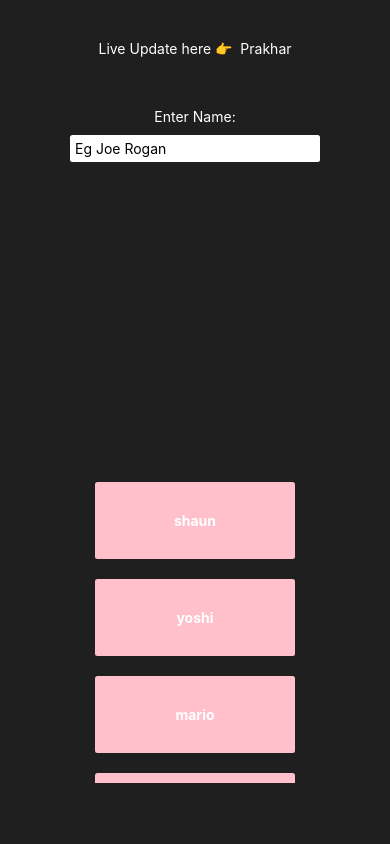
Repository: PrakharGupta36/TodoApp-React-Native
Screen: /
An editor plug-in stored every save of this project. The screen is shown before and after the next save, followed by the edit.
The app was drawn by React Native's web renderer in a window 390 px wide. The project was rebuilt for these pictures with package versions that can differ from the ones it lists, and the page was loaded fresh each time.

Above is the screen before, as saved 2022-03-16 12:10:29.

After the next save:
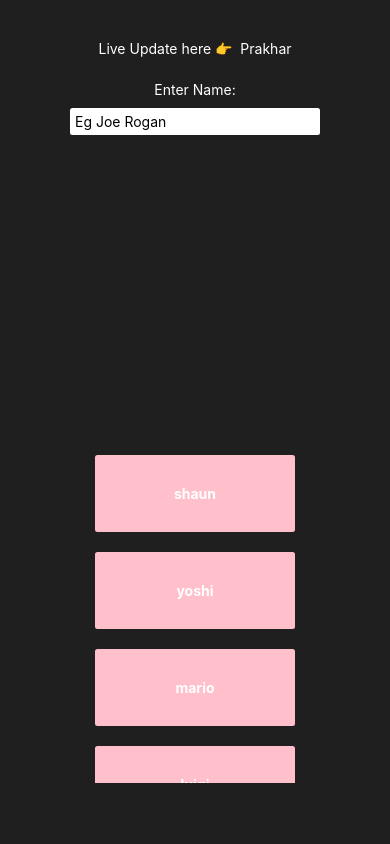
Saved 7 s later.
--- a/App.js
+++ b/App.js
@@ -76,7 +76,7 @@
     backgroundColor: "#fff",
     alignItems: "center",
     backgroundColor: "#1f1f1f",
-    paddingTop: 30,
+    paddingTop: 3,
     paddingBottom: 30,
     margin: 1,
   },
